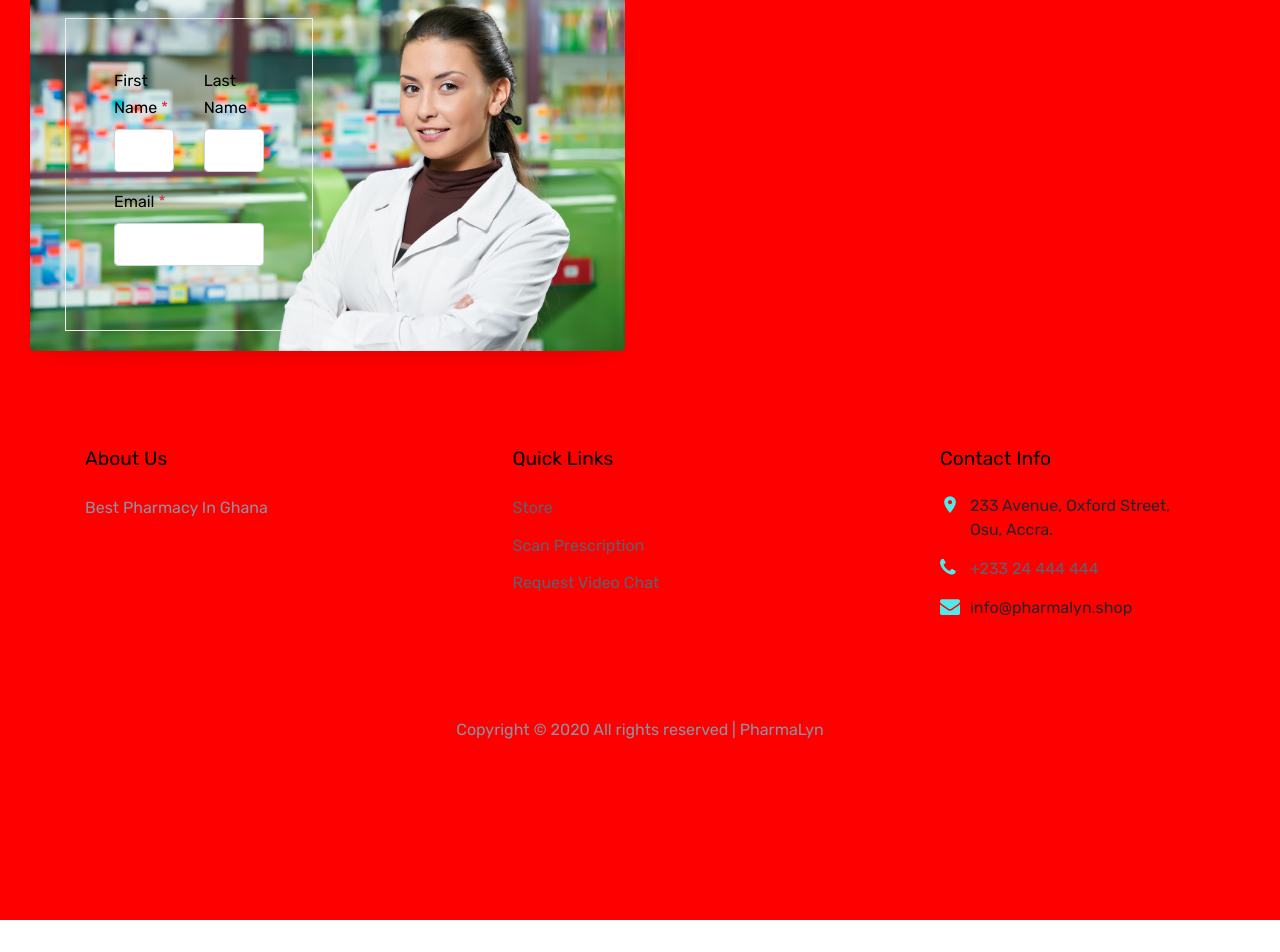
Repository: Nat-A/finalyearproject
Page: pharma/index - Copy.html
The author's editor kept a copy of each file at every save. The page is drawn from the files as they stood at one save, then again after a run of saves.
The browser window is 1280 px wide. The pictures show the part of the page from y = 934 to 1886 px (the page is 1886 px tall before and 1704 px after).

Above is the page before, as saved 2020-06-03 12:47:53.

### pharma/index - Copy.html
<!DOCTYPE html>
<html lang="en">

<head>
    <title>PharmaLyn &mdash; HomePage</title>
    <meta charset="utf-8">
    <meta name="viewport" content="width=device-width, initial-scale=1, shrink-to-fit=no">

    <link href="https://fonts.googleapis.com/css?family=Rubik:400,700|Crimson+Text:400,400i" rel="stylesheet">
    <link rel="stylesheet" href="fonts/icomoon/style.css">

    <link rel="stylesheet" href="css/bootstrap.min.css">
    <link rel="stylesheet" href="css/magnific-popup.css">
    <link rel="stylesheet" href="css/jquery-ui.css">
    <link rel="stylesheet" href="css/owl.carousel.min.css">
    <link rel="stylesheet" href="css/owl.theme.default.min.css">


    <link rel="stylesheet" href="css/aos.css">

    <link rel="stylesheet" href="css/style.css">

</head>

<body>

    <div class="site-wrap">

        <!-- navbar  -->
        <div class="site-navbar py-2">

            <div class="search-wrap">
                <div class="container">
                    <a href="#" class="search-close js-search-close"><span class="icon-close2"></span></a>
                    <!-- search feature -->
                    <form action="#" method="post">
                        <input type="text" class="form-control" placeholder="Search drug...">
                    </form>
                </div>
            </div>

            <div class="container">
                <div class="d-flex align-items-center justify-content-between">
                    <div class="logo">
                        <div class="site-logo">
                            <a href="index.html" class="js-logo-clone">PharmaLyn</a>
                        </div>
                    </div>
                    <div class="main-nav d-none d-lg-block">
                        <nav class="site-navigation text-right text-md-center" role="navigation">
                            <ul class="site-menu js-clone-nav d-none d-lg-block">
                                <li class="active"><a href="index.html">Home</a></li>

                                <li class="has-children">
                                    <a href="#">Services</a>
                                    <ul class="dropdown">
                                        <li><a href="shop.html">Store</a></li>
                                        <li><a href="#">Scan Prescription</a></li>
                                        <li><a href="#">Request Video Chat</a></li>
                                    </ul>
                                </li>
                                <li><a href="contact.html">Contact</a></li>
                                <li><a href="about.html">About</a></li>
                                <li><a href="#">Log In / Sign Up  </a></li>
                                <!-- insert modal here -->
                            </ul>
                        </nav>
                    </div>
                    <div class="icons">
                        <a href="#" class="icons-btn d-inline-block js-search-open"><span class="icon-search"></span></a>
                        <a href="cart.html" class="icons-btn d-inline-block bag">
                            <span class="icon-shopping-bag"></span>
                            <!-- subject to the items in the cart -->
                            <span class="number">2</span>
                        </a>
                        <a href="#" class="site-menu-toggle js-menu-toggle ml-3 d-inline-block d-lg-none"><span
                class="icon-menu"></span></a>
                    </div>
                </div>
            </div>
        </div>
        <!-- end of navbar -->


        <!-- site banner -->
        <div class="site-blocks-cover" style="background-image: url('images/pills.jpg');">
            <div class="container">
                <div class="row">
                    <div class="col-lg-7 mx-auto order-lg-2 align-self-center">
                        <div class="site-block-cover-content text-center">
                            <h2 class="sub-title">PharmaLyn, We Care For You</h2>
                            <h1>Welcome To PharmaLyn</h1>
                            <p>
                                <a href="shop.html" class="btn btn-primary px-5 py-3">Shop Now</a>
                            </p>
                        </div>
                    </div>
                </div>
            </div>
        </div>
        <!-- end of banner -->


        <!-- brands -->
        <div class="jumbotron jumbotron-fluid" style="background: red">
            <div class="container col-lg-12 col-md-12 m-sm-auto">
                <div class="row">
                    <div class="title-section text-center col-12">
                        <h2 class="text-uppercase">Our Brands</h2>
                    </div>
                </div>

                <div class="col-lg-6 mb-5 mb-lg-0 ">
                    <a class="banner-1 h-100 d-flex " style="background-image: url( 'images/avatars/doctor4.jpg'); ">
                        <div class="banner-1-inner align-self-center ">

                            <div class="col-md-12">

                                <form action="#" method="post">

                                    <div class="p-3 p-lg-5 border">
                                        <div class="form-group row">
                                            <div class="col-md-6">
                                                <label for="c_fname" class="text-black">First Name <span class="text-danger">*</span></label>
                                                <input type="text" class="form-control" id="c_fname" name="c_fname">
                                            </div>
                                            <div class="col-md-6">
                                                <label for="c_lname" class="text-black">Last Name <span class="text-danger">*</span></label>
                                                <input type="text" class="form-control" id="c_lname" name="c_lname">
                                            </div>
                                        </div>
                                        <div class="form-group row">
                                            <div class="col-md-12">
                                                <label for="c_email" class="text-black">Email <span class="text-danger">*</span></label>
                                                <input type="email" class="form-control" id="c_email" name="c_email" placeholder="">
                                            </div>
                                        </div>




                                    </div>
                                </form>
                            </div>
                        </div>
                    </a>
                </div>













                <footer class="site-footer ">
                    <div class="container ">
                        <div class="row ">
                            <div class="col-md-6 col-lg-3 mb-4 mb-lg-0 ">

                                <div class="block-7 ">
                                    <h3 class="footer-heading mb-4 ">About Us</h3>
                                    <p>Best Pharmacy In Ghana</p>
                                </div>

                            </div>
                            <div class="col-lg-3 mx-auto mb-5 mb-lg-0 ">
                                <h3 class="footer-heading mb-4 ">Quick Links</h3>
                                <ul class="list-unstyled ">
                                    <li><a href="shop.html ">Store</a></li>
                                    <li><a href="# ">Scan Prescription</a></li>
                                    <li><a href="# ">Request Video Chat</a></li>
                                </ul>
                            </div>

                            <div class="col-md-6 col-lg-3 ">
                                <div class="block-5 mb-5 ">
                                    <h3 class="footer-heading mb-4 ">Contact Info</h3>
                                    <ul class="list-unstyled ">
                                        <li class="address ">233 Avenue, Oxford Street, Osu, Accra. </li>
                                        <li class="phone "><a href="tel:// ">+233 24 444 444</a></li>
                                        <li class="email ">info@pharmalyn.shop</li>
                                    </ul>
                                </div>
                            </div>
                        </div>
                        <div class="row pt-5 text-center ">
                            <div class="col-md-12 ">
                                <p>
                                    Copyright &copy;
                                    <script>
                                        document.write(new Date().getFullYear());
                                    </script> All rights reserved | PharmaLyn
                                </p>
                            </div>
                        </div>
                    </div>
                </footer>
                <!-- end of footer -->
            </div>

            <script src="js/jquery-3.3.1.min.js "></script>
            <script src="js/jquery-ui.js "></script>
            <script src="js/popper.min.js "></script>
            <script src="js/bootstrap.min.js "></script>
            <script src="js/owl.carousel.min.js "></script>
            <script src="js/jquery.magnific-popup.min.js "></script>
            <script src="js/aos.js "></script>

            <script src="js/main.js "></script>

</body>

</html>

Loaded but not shown: pharma/fonts/icomoon/style.css (common file); pharma/css/bootstrap.min.css (library); pharma/css/magnific-popup.css (library); pharma/css/jquery-ui.css (library); pharma/css/owl.carousel.min.css (common file); pharma/css/owl.theme.default.min.css (common file); pharma/css/aos.css (library); pharma/js/jquery-3.3.1.min.js (library); pharma/js/jquery-ui.js (library); pharma/js/popper.min.js (library); pharma/js/bootstrap.min.js (library); pharma/js/owl.carousel.min.js (library); pharma/js/jquery.magnific-popup.min.js (library); pharma/js/aos.js (library); pharma/js/main.js (219 lines, source omitted); pharma/css/style.css (1125 lines, source omitted)

After the next 2 saves:
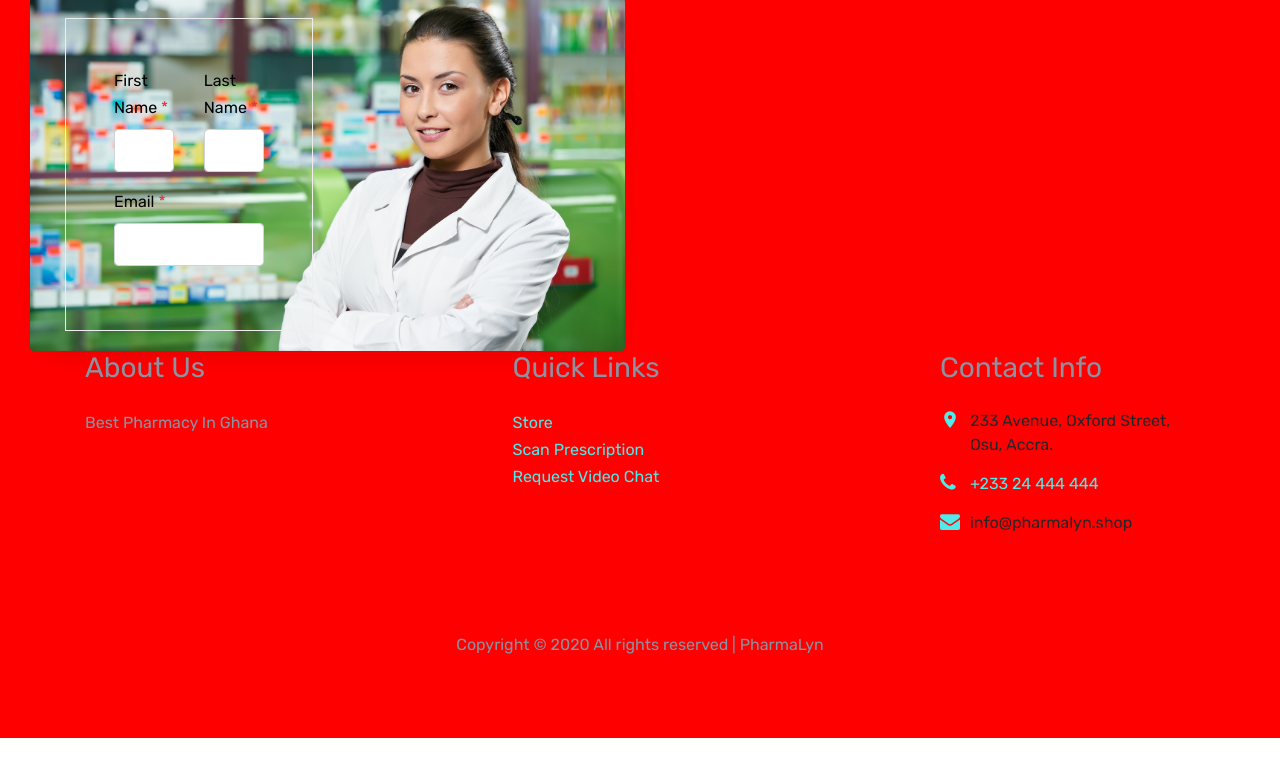
The 2 saves are shown as one change because they came seconds apart.
The last was saved 17 s later.
--- a/pharma/index - Copy.html
+++ b/pharma/index - Copy.html
@@ -154,65 +154,61 @@
 
 
 
-
-
-
-
-                <footer class="site-footer ">
-                    <div class="container ">
-                        <div class="row ">
-                            <div class="col-md-6 col-lg-3 mb-4 mb-lg-0 ">
-
-                                <div class="block-7 ">
-                                    <h3 class="footer-heading mb-4 ">About Us</h3>
-                                    <p>Best Pharmacy In Ghana</p>
-                                </div>
-
-                            </div>
-                            <div class="col-lg-3 mx-auto mb-5 mb-lg-0 ">
-                                <h3 class="footer-heading mb-4 ">Quick Links</h3>
-                                <ul class="list-unstyled ">
-                                    <li><a href="shop.html ">Store</a></li>
-                                    <li><a href="# ">Scan Prescription</a></li>
-                                    <li><a href="# ">Request Video Chat</a></li>
-                                </ul>
-                            </div>
-
-                            <div class="col-md-6 col-lg-3 ">
-                                <div class="block-5 mb-5 ">
-                                    <h3 class="footer-heading mb-4 ">Contact Info</h3>
-                                    <ul class="list-unstyled ">
-                                        <li class="address ">233 Avenue, Oxford Street, Osu, Accra. </li>
-                                        <li class="phone "><a href="tel:// ">+233 24 444 444</a></li>
-                                        <li class="email ">info@pharmalyn.shop</li>
-                                    </ul>
-                                </div>
-                            </div>
-                        </div>
-                        <div class="row pt-5 text-center ">
-                            <div class="col-md-12 ">
-                                <p>
-                                    Copyright &copy;
-                                    <script>
-                                        document.write(new Date().getFullYear());
-                                    </script> All rights reserved | PharmaLyn
-                                </p>
-                            </div>
-                        </div>
-                    </div>
-                </footer>
-                <!-- end of footer -->
-            </div>
-
-            <script src="js/jquery-3.3.1.min.js "></script>
-            <script src="js/jquery-ui.js "></script>
-            <script src="js/popper.min.js "></script>
-            <script src="js/bootstrap.min.js "></script>
-            <script src="js/owl.carousel.min.js "></script>
-            <script src="js/jquery.magnific-popup.min.js "></script>
-            <script src="js/aos.js "></script>
-
-            <script src="js/main.js "></script>
+            </div>
+            <div class="container ">
+                <div class="row ">
+                    <div class="col-md-6 col-lg-3 mb-4 mb-lg-0 ">
+
+                        <div class="block-7 ">
+                            <h3 class="footer-heading mb-4 ">About Us</h3>
+                            <p>Best Pharmacy In Ghana</p>
+                        </div>
+
+                    </div>
+                    <div class="col-lg-3 mx-auto mb-5 mb-lg-0 ">
+                        <h3 class="footer-heading mb-4 ">Quick Links</h3>
+                        <ul class="list-unstyled ">
+                            <li><a href="shop.html ">Store</a></li>
+                            <li><a href="# ">Scan Prescription</a></li>
+                            <li><a href="# ">Request Video Chat</a></li>
+                        </ul>
+                    </div>
+
+                    <div class="col-md-6 col-lg-3 ">
+                        <div class="block-5 mb-5 ">
+                            <h3 class="footer-heading mb-4 ">Contact Info</h3>
+                            <ul class="list-unstyled ">
+                                <li class="address ">233 Avenue, Oxford Street, Osu, Accra. </li>
+                                <li class="phone "><a href="tel:// ">+233 24 444 444</a></li>
+                                <li class="email ">info@pharmalyn.shop</li>
+                            </ul>
+                        </div>
+                    </div>
+                </div>
+                <div class="row pt-5 text-center ">
+                    <div class="col-md-12 ">
+                        <p>
+                            Copyright &copy;
+                            <script>
+                                document.write(new Date().getFullYear());
+                            </script> All rights reserved | PharmaLyn
+                        </p>
+                    </div>
+                </div>
+            </div>
+            </footer>
+            <!-- end of footer -->
+        </div>
+
+        <script src="js/jquery-3.3.1.min.js "></script>
+        <script src="js/jquery-ui.js "></script>
+        <script src="js/popper.min.js "></script>
+        <script src="js/bootstrap.min.js "></script>
+        <script src="js/owl.carousel.min.js "></script>
+        <script src="js/jquery.magnific-popup.min.js "></script>
+        <script src="js/aos.js "></script>
+
+        <script src="js/main.js "></script>
 
 </body>
 
